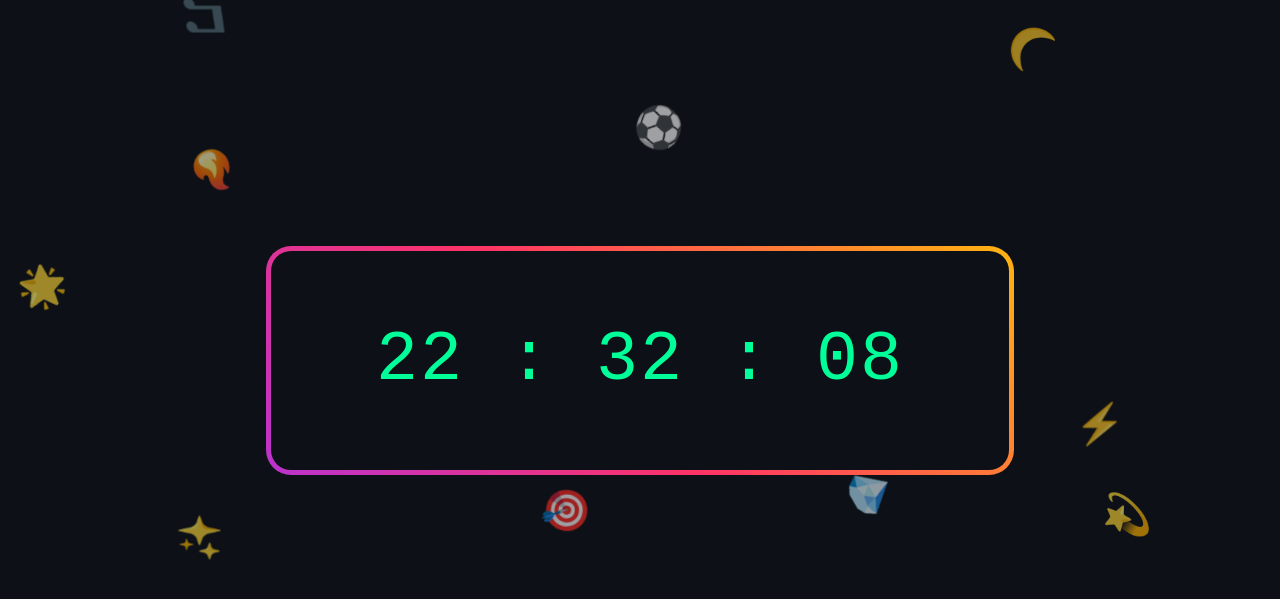
Repository: trunghau06/baiTapJs
Page: index.html
These files come from the project's save history. The page is drawn as it stood at one moment and after the next save; the edit follows.
The browser window is 1280 px wide. The pictures show the whole page.

Above is the page before, as saved 2025-10-20 23:09:38.

### index.html
<!DOCTYPE html>
<html lang="en">
<head>
    <meta charset="UTF-8">
    <meta name="viewport" content="width=device-width, initial-scale=1.0">
    <link rel="stylesheet" href="style.css">
    <title>Document</title>
</head>
<body>
    <div class="floating-icon icon-1">🎵</div>
    <div class="floating-icon icon-2">🌙</div>
    <div class="floating-icon icon-3">✨</div>
    <div class="floating-icon icon-4">💫</div>
    <div class="floating-icon icon-5">🌟</div>
    <div class="floating-icon icon-6">⚡</div>
    <div class="floating-icon icon-7">🔥</div>
    <div class="floating-icon icon-8">💎</div>
    <div class="floating-icon icon-9">⚽</div>
    <div class="floating-icon icon-10">🎯</div>
    <div class="floating-icon icon-11">🚀</div>

    <div class="border-wrapper">
        <div class="showThoiGian">
            <span id="thoiGian"></span>
        </div>
    </div>
    <script src="main.js"></script>
</body>
</html>

### style.css
body {
    margin: 0;
    height: 100vh;
    display: flex;
    justify-content: center;
    align-items: center;
    background: #0d1117;
    color: #00ff99;
    font-family: monospace;
    overflow: hidden;
    position: relative;
}

/* --- ICON BAY LƯỢN --- */
.floating-icon {
    position: absolute;
    font-size: 40px;
    opacity: 0.6;
    pointer-events: none;
    animation: float 20s infinite ease-in-out;
}

.icon-1 {
    top: 10%;
    left: 10%;
    animation-delay: 0s;
}

.icon-2 {
    top: 20%;
    right: 15%;
    animation-delay: -5s;
}

.icon-3 {
    bottom: 15%;
    left: 20%;
    animation-delay: -10s;
}

.icon-4 {
    bottom: 25%;
    right: 10%;
    animation-delay: -15s;
}

.icon-5 {
    top: 50%;
    left: 5%;
    animation-delay: -7s;
}

.icon-6 {
    top: 60%;
    right: 8%;
    animation-delay: -12s;
}

.icon-7 {
    top: 35%;
    left: 15%;
    animation-delay: -3s;
}

.icon-8 {
    top: 75%;
    right: 25%;
    animation-delay: -8s;
}

.icon-9 {
    top: 15%;
    left: 50%;
    animation-delay: -14s;
}

.icon-10 {
    bottom: 10%;
    left: 45%;
    animation-delay: -6s;
}

.icon-11 {
    top: 45%;
    right: 20%;
    animation-delay: -11s;
}

@keyframes float {
    0%, 100% {
        transform: translate(0, 0) rotate(0deg);
    }
    25% {
        transform: translate(50px, -80px) rotate(90deg);
    }
    50% {
        transform: translate(-30px, -120px) rotate(180deg);
    }
    75% {
        transform: translate(-80px, -50px) rotate(270deg);
    }
}

/* --- KHUNG VIỀN ĐỘNG BỌC NGOÀI --- */
.border-wrapper {
    position: relative;
    padding: 5px;
    border-radius: 25px;
    background: linear-gradient(45deg,
        #00ff99,
        #00ccff,
        #9933ff,
        #ff3366,
        #ffcc00,
        #00ff99
    );
    background-size: 400%;
    animation: gradient-rotate 3s linear infinite;
    z-index: 10;
}

@keyframes gradient-rotate {
    0% {
        background-position: 0% 50%;
    }
    50% {
        background-position: 100% 50%;
    }
    100% {
        background-position: 0% 50%;
    }
}

/* --- KHUNG ĐỒNG HỒ BÊN TRONG --- */
.showThoiGian {
    position: relative;
    font-size: 70px;
    letter-spacing: 2px;
    padding: 1em 1.5em;
    border-radius: 20px;
    text-align: center;
    color: #00ff99;
    background: #0d1117;
    max-width: 90vw;
}

/* Responsive: giảm kích thước khi màn hình nhỏ */
@media (max-width: 768px) {
    .showThoiGian {
        font-size: 50px;
        padding: 0.8em 1.2em;
    }

    .floating-icon {
        font-size: 30px;
    }
}

@media (max-width: 480px) {
    .showThoiGian {
        font-size: 36px;
        padding: 0.6em 1em;
    }

    .floating-icon {
        font-size: 24px;
    }
}

### main.js
function showThoiGian() {
    let thoiGianHienTai = new Date();

    let gio  = thoiGianHienTai.getHours();
    let phut = thoiGianHienTai.getMinutes();
    let giay = thoiGianHienTai.getSeconds();

    gio  = formatNumber(gio);
    phut = formatNumber(phut);
    giay = formatNumber(giay);

    document.getElementById("thoiGian").textContent = gio + " : " + phut + " : " + giay;

    // setTimeout(showThoiGian, 1000);
}

function formatNumber(number) {
    return number < 10 ? "0" + number : String(number);
}

showThoiGian();

setInterval(showThoiGian, 1000);

After the next save:
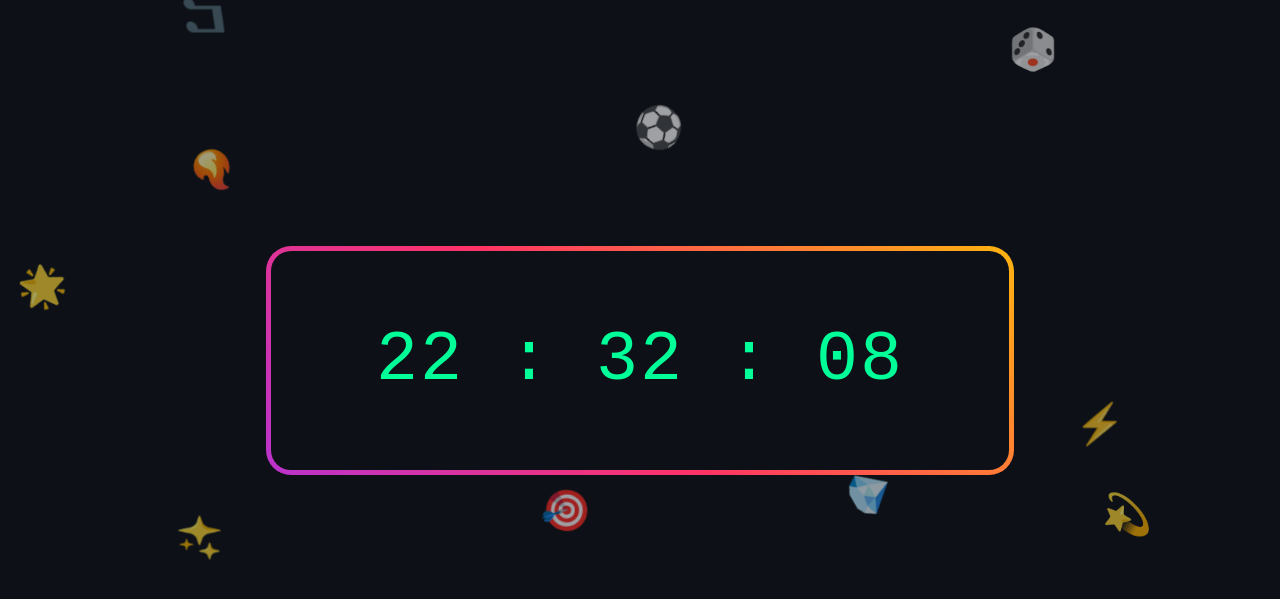
Saved 12 s later.
--- a/index.html
+++ b/index.html
@@ -8,7 +8,7 @@
 </head>
 <body>
     <div class="floating-icon icon-1">🎵</div>
-    <div class="floating-icon icon-2">🌙</div>
+    <div class="floating-icon icon-2">🎲</div>
     <div class="floating-icon icon-3">✨</div>
     <div class="floating-icon icon-4">💫</div>
     <div class="floating-icon icon-5">🌟</div>
